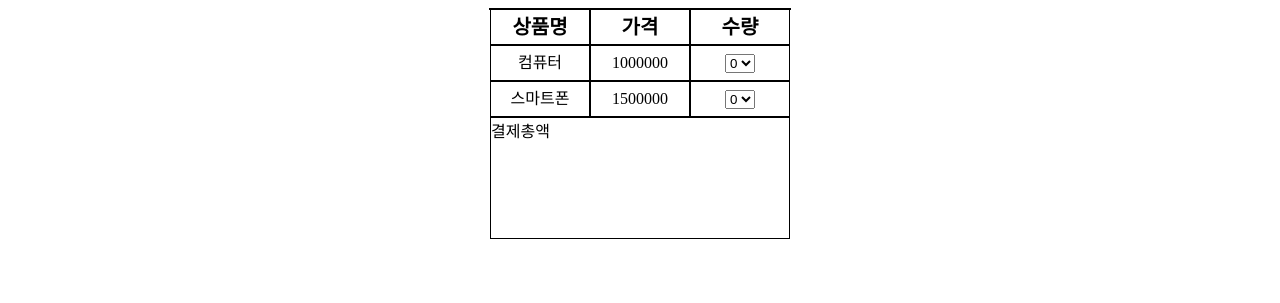
Repository: to-flatwhite1/JSP
Page: http://localhost/JSP08/
The author's editor kept a copy of each file at every save. The page is drawn from the files as they stood at one save, then again after the next save.
The browser window is 1280 px wide. The pictures show the whole page.
The page is served by Tomcat 9.

Above is the page before, as saved 2024-05-16 06:28:52.

After the next save:
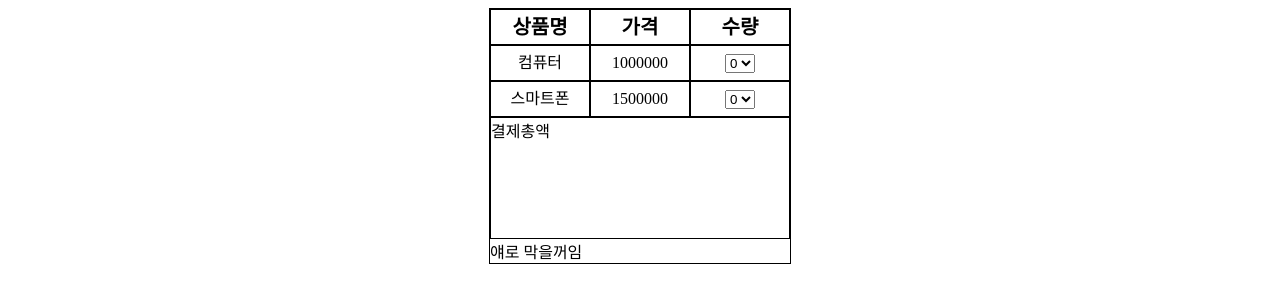
Saved 4 min 49 s later.
--- a/JSP08/src/main/webapp/css/style.css
+++ b/JSP08/src/main/webapp/css/style.css
@@ -27,3 +27,6 @@
 	height:120px;
 	border:1px solid black;
 }
+#wrap:after{
+	content:"얘로 막을꺼임";
+}

After the 2 saves that followed:
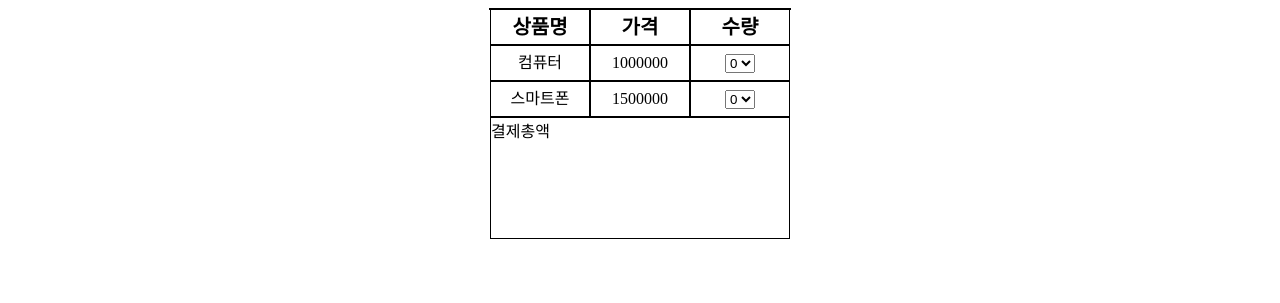
The 2 saves are shown as one change because 1 left the picture as it was.
The last was saved 2 min 13 s later.
--- a/JSP08/src/main/webapp/css/style.css
+++ b/JSP08/src/main/webapp/css/style.css
@@ -28,5 +28,6 @@
 	border:1px solid black;
 }
 #wrap:after{
-	content:"얘로 막을꺼임";
+	display:block;
+	clear:both;
 }
